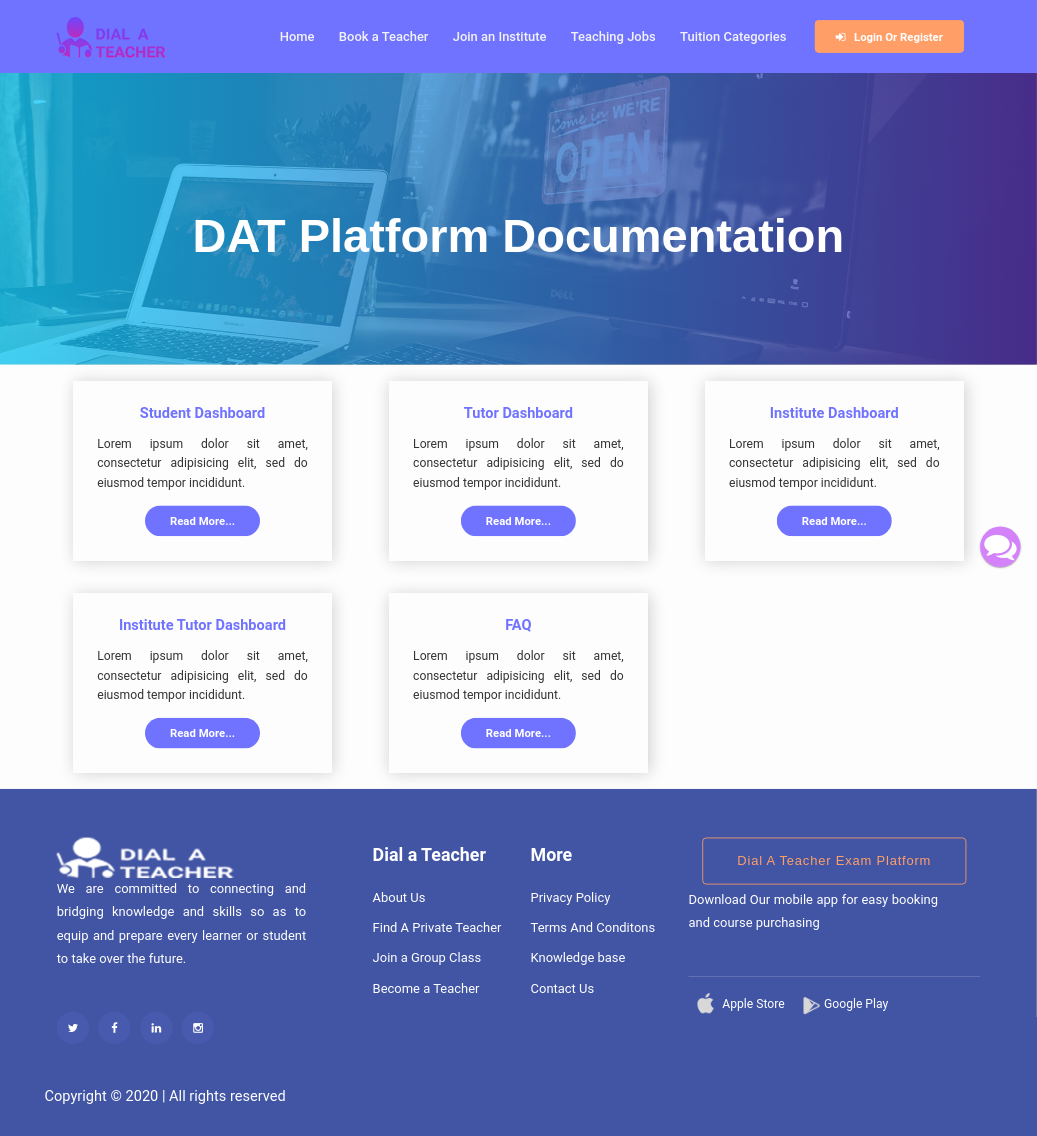
Repository: Samkiroko/DAT_knowledge
Page: faqs.html
An editor plug-in stored every save of this project. The page is shown before and after the next save, followed by the edit.
The browser window is 1280 px wide. The pictures show the whole page, at 81% of full size.

Above is the page before, as saved 2020-12-15 12:34:57.
Console error: TypeError: e.indexOf is not a function

After the next save:
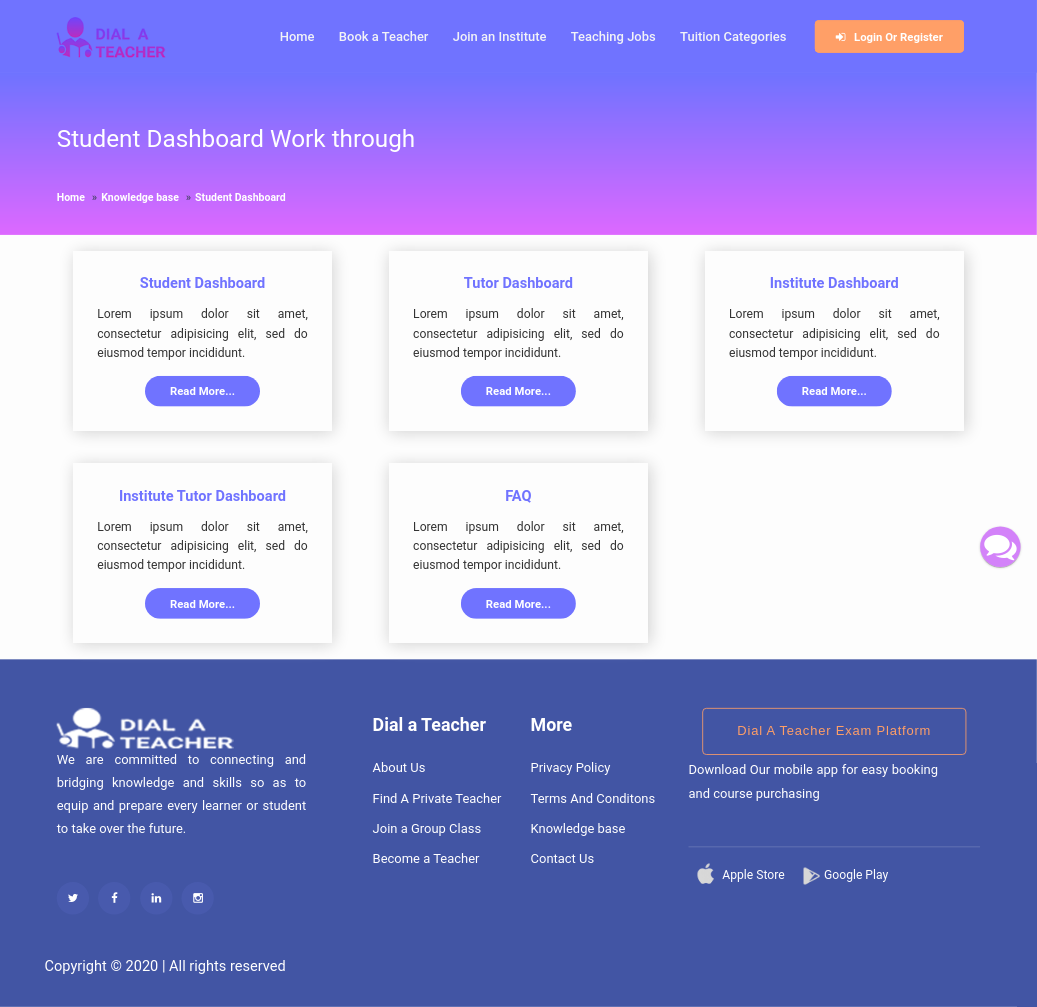
Saved 36 s later.
--- a/faqs.html
+++ b/faqs.html
@@ -87,13 +87,42 @@
     =            main-page            =
     ================================-->
 
-        <div class="mwb-main-page example-main">
-            <div class="container-fluid">
-                <div class="mwb-main-page__content-wrapper">
-                    <h1 class="mwb-main-page__heading">DAT Platform Documentation</h1>
+
+        <!-- slider Area Start-->
+        <section class="slider-area slider-area2">
+            <div class="slider-active">
+                <!-- Single Slider -->
+                <div class="single-slider slider-height2">
+                    <div class="container">
+                        <div class="row">
+                            <div class="col-xl-8 col-lg-11 col-md-12">
+                                <div class="hero__caption hero__caption2">
+                                    <h2 data-animation="bounceIn" data-delay="0.2s" class="text-white">
+                                        Student Dashboard Work through
+                                    </h2>
+                                    <!-- breadcrumb Start-->
+                                    <nav aria-label="breadcrumb">
+                                        <ol class="breadcrumb">
+                                            <li class="breadcrumb-item text-white">
+                                                <a href="index.html" class="text-white">
+                                                    Home
+                                                </a>
+                                            </li>
+                                            <li class="breadcrumb-item"><a href="faqs.html" class="text-white">Knowledge
+                                                    base</a></li>
+                                            <li class="breadcrumb-item"><a href="/stdashboard.html"
+                                                    class="text-white">Student Dashboard</a>
+                                            </li>
+                                        </ol>
+                                    </nav>
+                                    <!-- breadcrumb End -->
+                                </div>
+                            </div>
+                        </div>
+                    </div>
                 </div>
             </div>
-        </div>
+        </section>
 
 
         <!--====  End of main-page  ====-->
